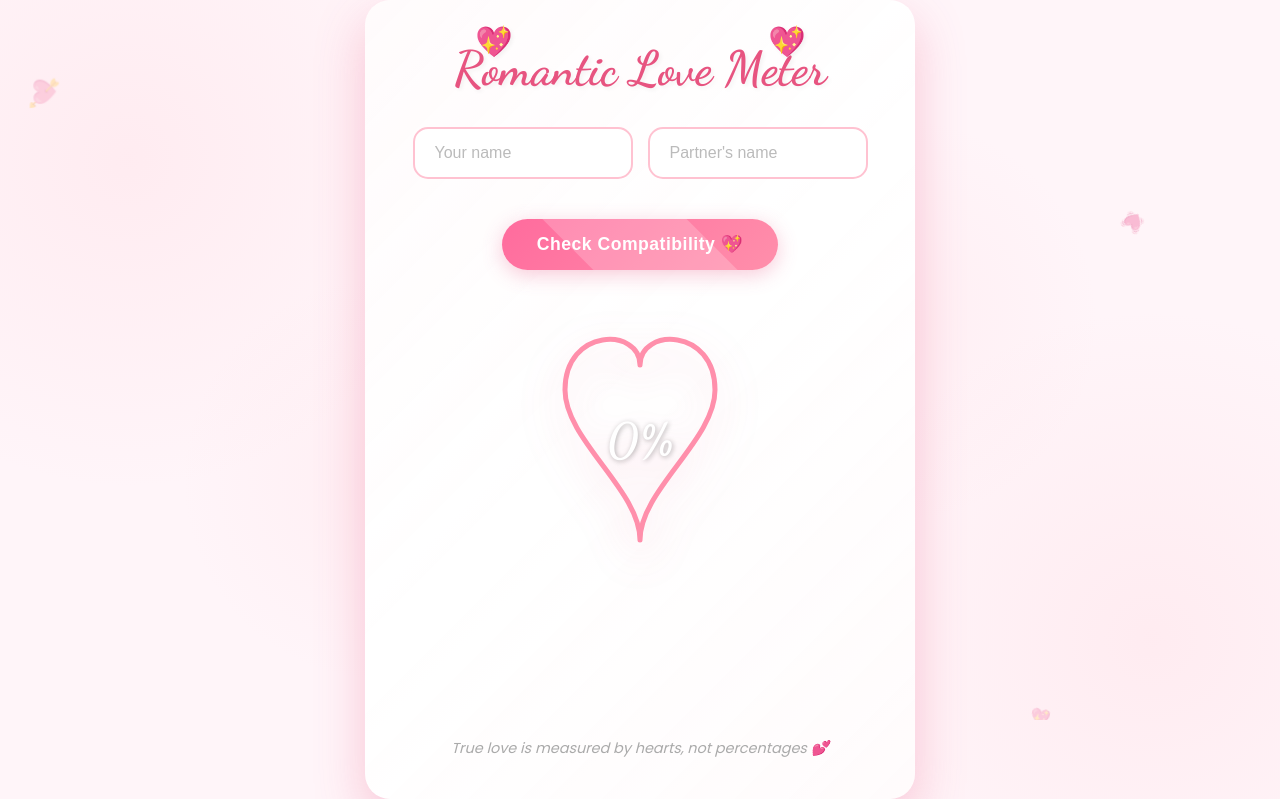
Repository: zhr-nabila/cek-jodoh
Page: cek.html
An editor plug-in stored every save of this project. The page is shown before and after the next save, followed by the edit.
The browser window is 1280 px wide. The pictures show the whole page.

Above is the page before, as saved 2025-06-10 00:22:45.

After the next save:
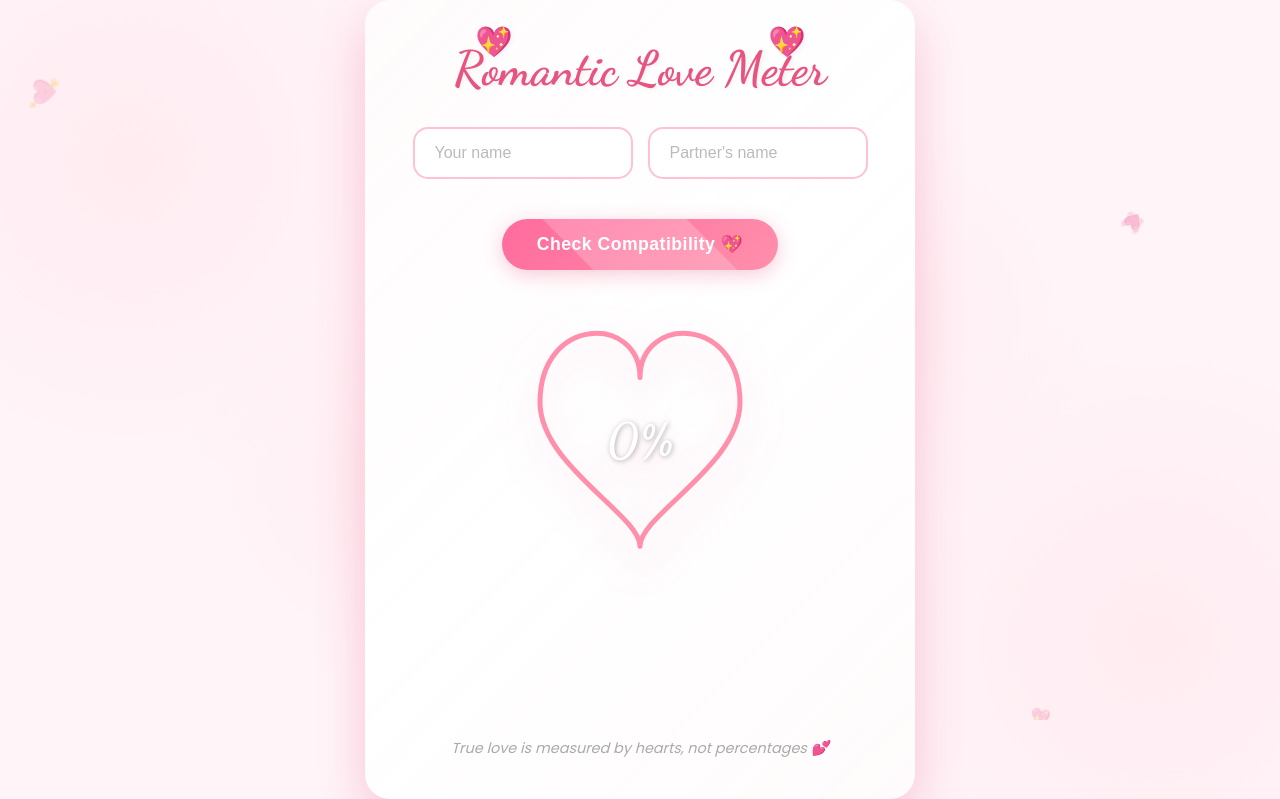
Saved 47 s later.
--- a/cek.html
+++ b/cek.html
@@ -467,12 +467,11 @@
     <svg viewBox="0 0 200 180" class="heart-svg">
       <defs>
         <clipPath id="heartClip">
-          <!-- Path love yang lebih simetris dan rapi -->
-          <path d="M100 30
-                   C100 0, 160 0, 160 50
-                   C160 90, 100 130, 100 170
-                   C100 130, 40 90, 40 50
-                   C40 0, 100 0, 100 30Z"/>
+          <path d="M100 40
+                   C100 -10, 180 -10, 180 60
+                   C180 110, 100 150, 100 175
+                   C100 150, 20 110, 20 60
+                   C20 -10, 100 -10, 100 40Z"/>
         </clipPath>
         <linearGradient id="gradientFill" x1="0" y1="1" x2="0" y2="0">
           <stop offset="0%" stop-color="#e75480"/>
@@ -481,11 +480,11 @@
         </linearGradient>
       </defs>
       <rect class="love-fill" x="0" y="180" width="200" height="0" clip-path="url(#heartClip)" />
-      <path d="M100 30
-               C100 0, 160 0, 160 50
-               C160 90, 100 130, 100 170
-               C100 130, 40 90, 40 50
-               C40 0, 100 0, 100 30Z"
+      <path d="M100 40
+               C100 -10, 180 -10, 180 60
+               C180 110, 100 150, 100 175
+               C100 150, 20 110, 20 60
+               C20 -10, 100 -10, 100 40Z"
             fill="none" stroke="#ff8fab" stroke-width="4" stroke-linejoin="round"/>
     </svg>
     <div class="percentage">0%</div>
